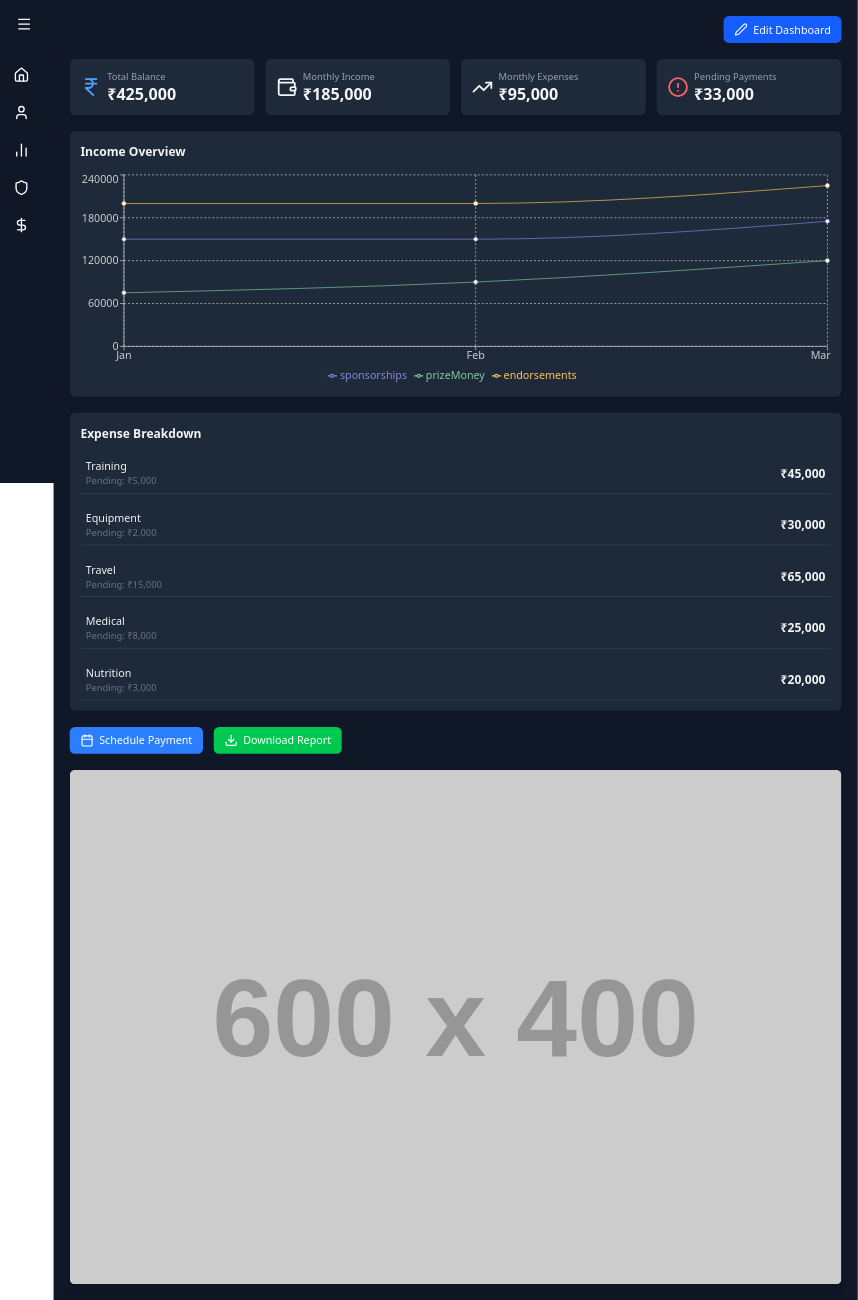
Repository: Shovon0004/Athlete
Page: /financial (app in Athlete/)
The author's editor kept a copy of each file at every save. The page is drawn from the files as they stood at one save, then again after a run of saves.
The browser window is 1280 px wide. The pictures show the whole page, at 67% of full size.
The project was rebuilt for these pictures with package versions that can differ from the ones it lists, and the page was loaded fresh each time. Also part of the build but not shown: Athlete/vite.config.js, Athlete/src/components/AppointmentPage.jsx, Athlete/src/components/News.jsx, Athlete/src/components/SportsPage.jsx, Athlete/src/components/HeroPage.jsx.

Above is the page before, as saved 2025-01-27 21:46:47.

After the next 2 saves:
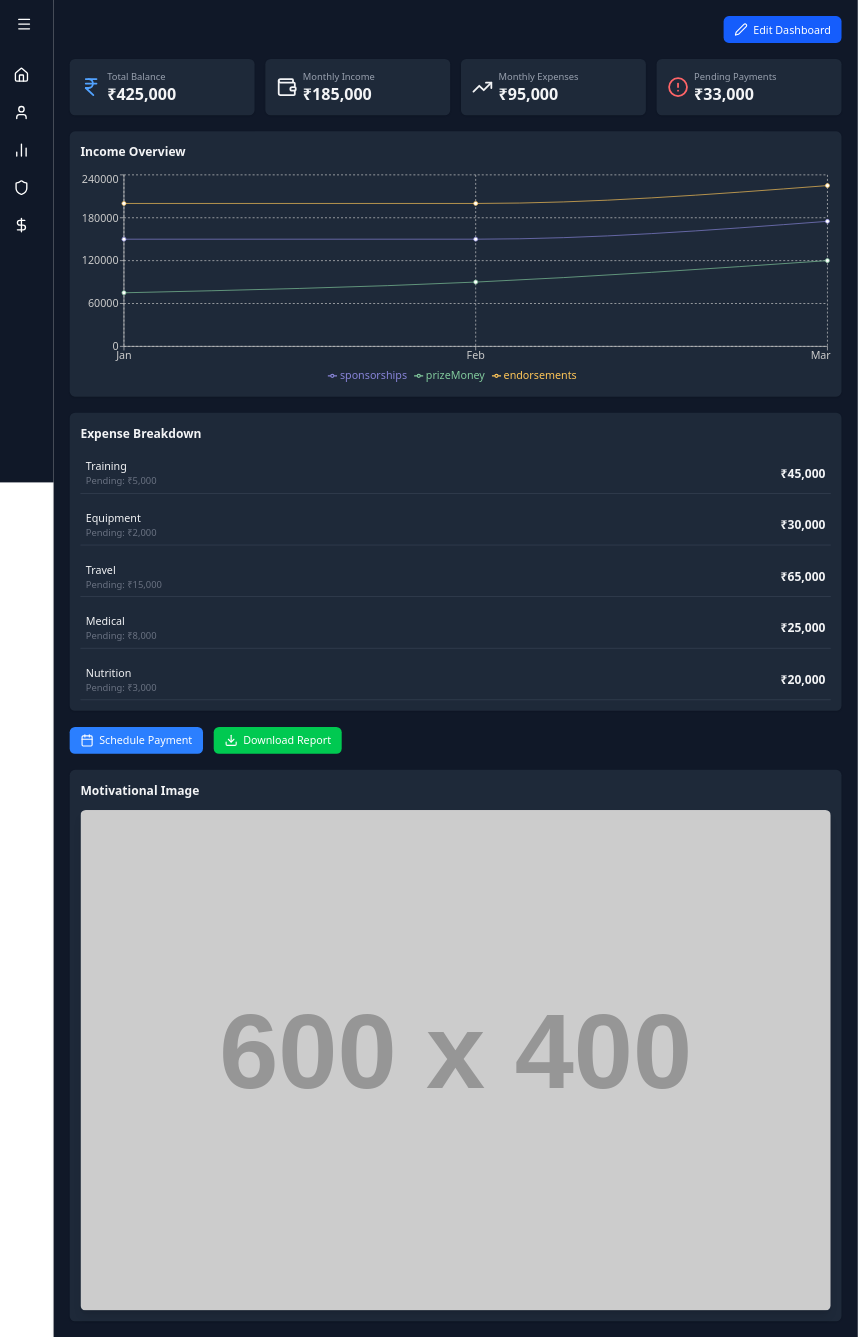
The 2 saves are shown as one change because they came seconds apart.
The last was saved 21 s later.
--- a/Athlete/src/components/EditableFinanceDashboard.jsx
+++ b/Athlete/src/components/EditableFinanceDashboard.jsx
@@ -233,11 +233,17 @@
   incomeData={incomeData}
   expenseCategories={expenseCategories}
       />
-      <img
+      <motion.div
+        className="p-4 bg-gray-800 rounded-lg shadow mt-4"
+        whileHover={{ scale: 1.02 }}
+      >
+        <h2 className="text-lg font-bold mb-4">Motivational Image</h2>
+        <img
           src="https://via.placeholder.com/600x400"
           alt="Motivational Placeholder"
           className="w-full h-auto rounded-lg shadow-lg"
         />
+      </motion.div>
 
     </div>
   );
